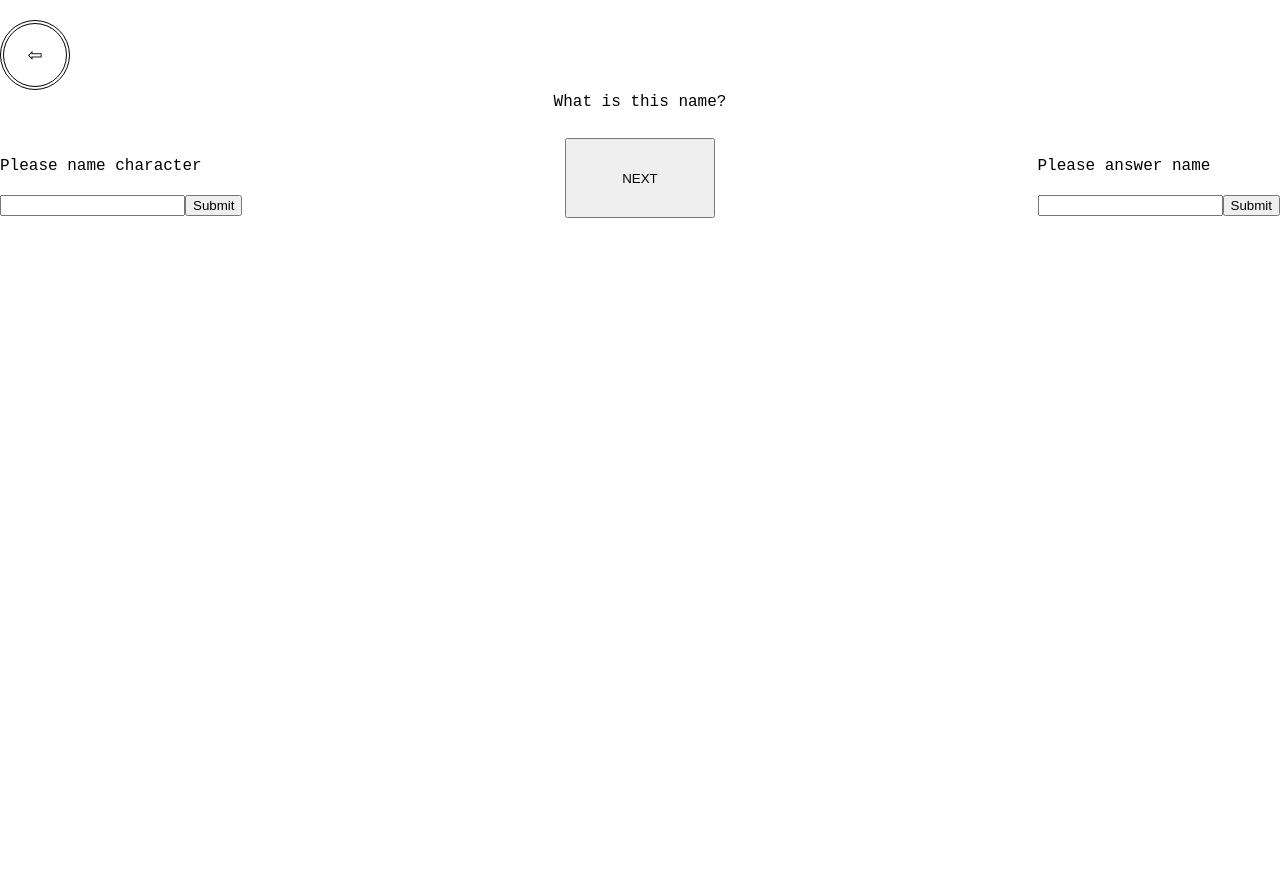
Repository: Mush-s/Folio-OX
Page: /nanmon
These files come from the project's save history. The page is drawn as it stood at one moment and after the next save; the edit follows.
The browser window is 1280 px wide. The pictures show the whole page.
The page's requests for data from a server got no answer. The project was rebuilt for these pictures with package versions that can differ from the ones it lists, and the page was loaded fresh each time. No one was signed in, and anything a server would have sent is missing. Also part of the build but not shown: src/TicTacToe/AfterGame/AfterGame.css, src/TicTacToe/AfterGame/AfterGame.js, src/TicTacToe/Game/Cell.css, src/TicTacToe/Game/Cell.js, src/TicTacToe/Patterns/Pattern.js, src/TicTacToe/Game/GameButtons/GameButtons.css, src/TicTacToe/Game/GameButtons/GameButtons.js, src/TicTacToe/Game/Game.js and 2 more.

Above is the page before, as saved 2022-09-08 18:20:32.

After the next save:
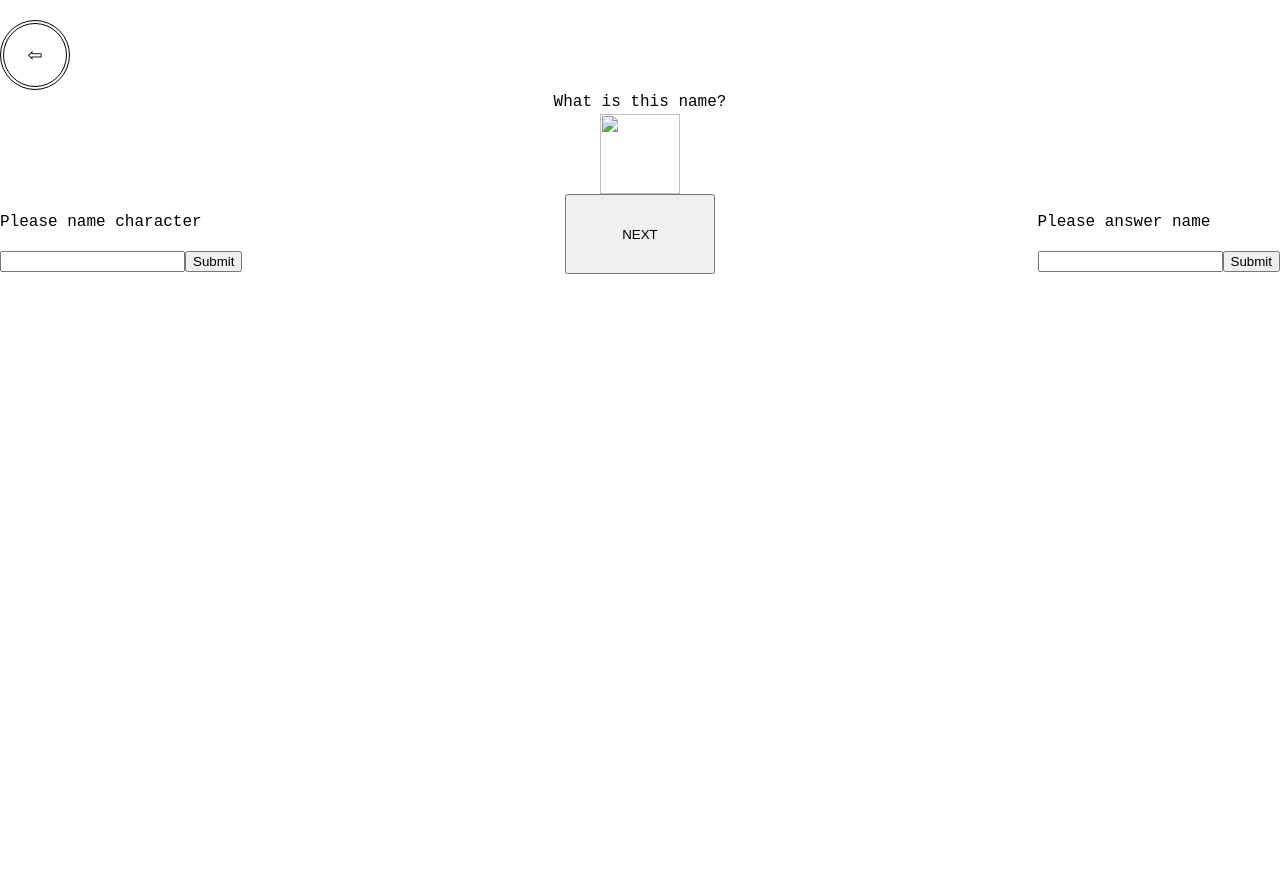
Saved 14 s later.
--- a/src/NanMon/Game/Character/Character.js
+++ b/src/NanMon/Game/Character/Character.js
@@ -1,3 +1,5 @@
+import './Character.css'
+
 const Character = (props) => {
   let get = props.char[Math.floor(Math.random() * props.char.length)];
 
